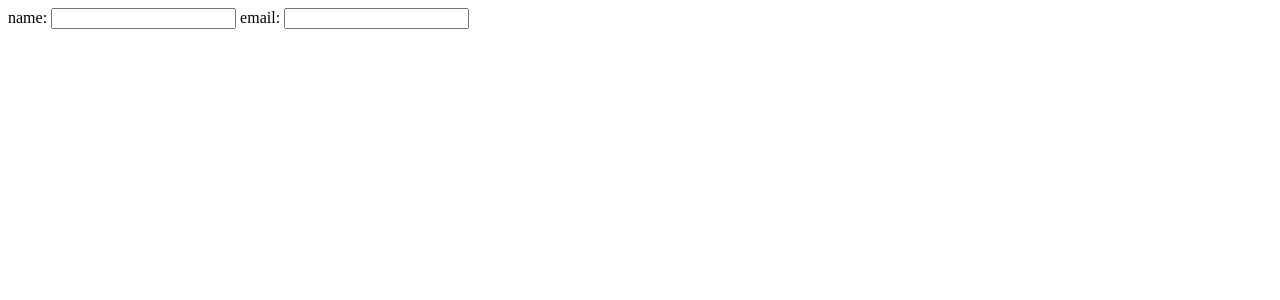
Repository: akshay399/adv-java-daywise
Page: http://localhost/day6.1_lab/
An editor plug-in stored every save of this project. The page is shown before and after the next save, followed by the edit.
The browser window is 1280 px wide. The pictures show the whole page.
The page is served by Tomcat 9.

Above is the page before, as saved 2022-11-28 09:19:03.

### day6.1_lab/src/main/webapp/index.jsp
<%@ page language="java" contentType="text/html; charset=ISO-8859-1"
    pageEncoding="UTF-8"%>
<!DOCTYPE html>
<html>
<head>
<meta charset="UTF-8">
<title>index</title>
</head>
<body>

	<form method="test1.jsp" action="post">
		name: <input type="text" name="name">
		email: <input type="text" name="email">
	</form>
</body>
</html>

After the next save:
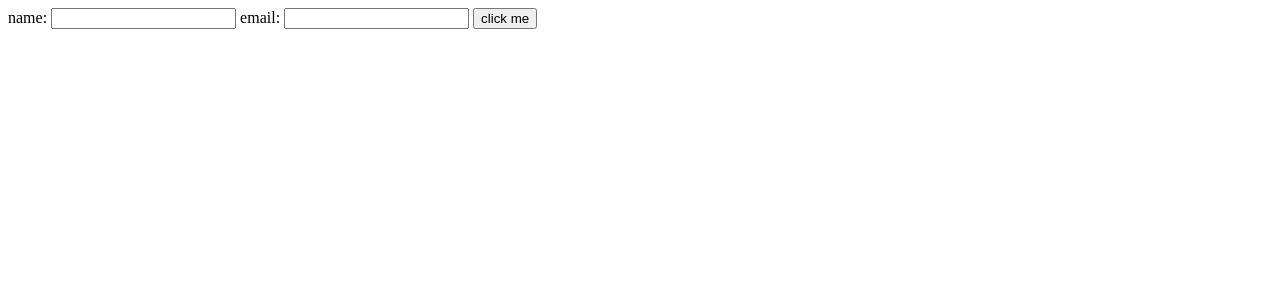
Saved 28 s later.
--- a/day6.1_lab/src/main/webapp/index.jsp
+++ b/day6.1_lab/src/main/webapp/index.jsp
@@ -11,6 +11,7 @@
 	<form method="test1.jsp" action="post">
 		name: <input type="text" name="name">
 		email: <input type="text" name="email">
+		<input type="submit" value="click me">
 	</form>
 </body>
 </html>
